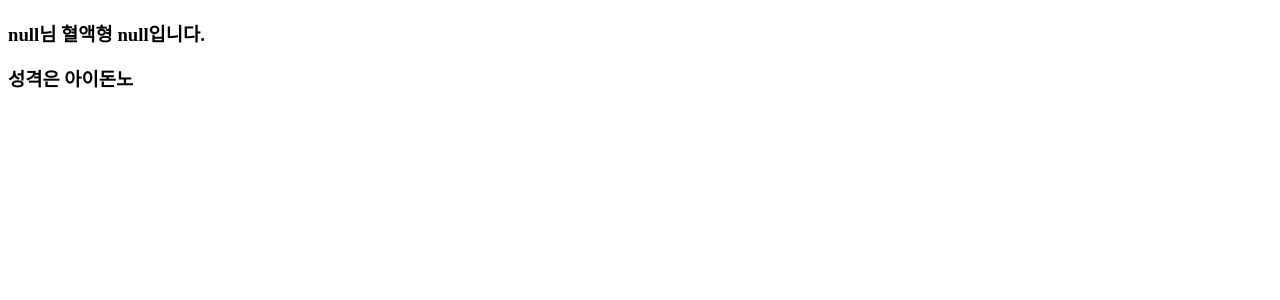
Repository: j-hee-98/Servlet-JSP
Page: http://localhost/WS_0414/O.jsp
The author's editor kept a copy of each file at every save. The page is drawn from the files as they stood at one save, then again after the next save.
The browser window is 1280 px wide. The pictures show the whole page.
The page is served by Tomcat 10.

Above is the page before, as saved 2025-04-14 08:46:53.

After the next save:
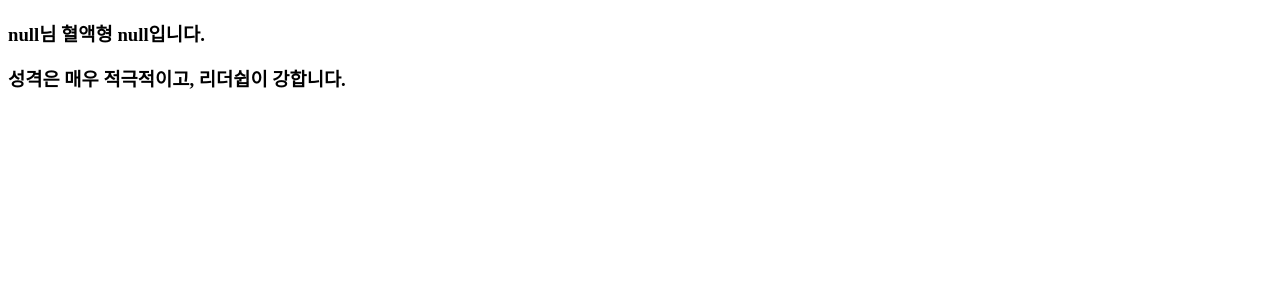
Saved 24 s later.
--- a/WS_0414/src/main/webapp/O.jsp
+++ b/WS_0414/src/main/webapp/O.jsp
@@ -10,6 +10,6 @@
 	<h3>
 	<%=request.getParameter("name") %>님 혈액형 <%=request.getParameter("blood") %>입니다.
 	</h3>
-	<h3>성격은 아이돈노</h3>
+	<h3>성격은 매우 적극적이고, 리더쉽이 강합니다.</h3>
 </body>
 </html>
